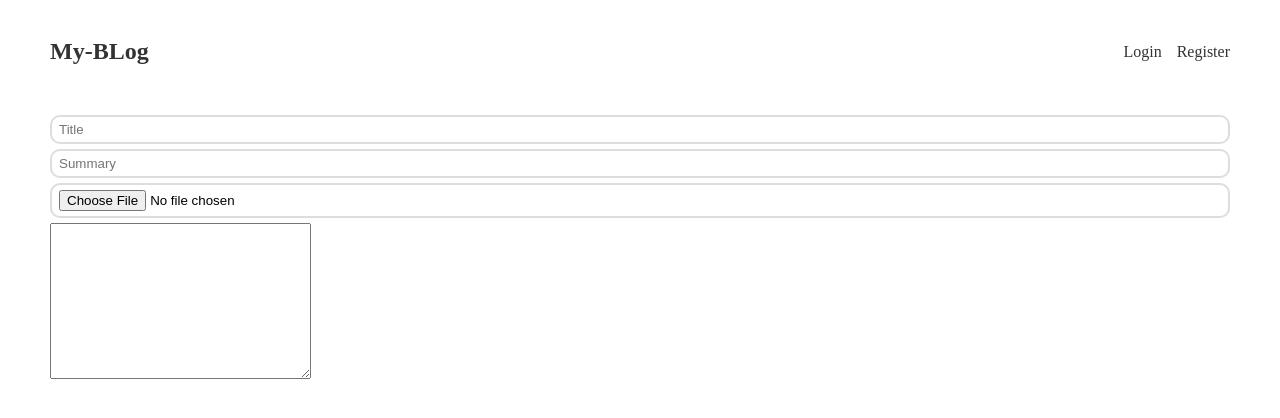
Repository: Attar786/mernblog
Page: /create (app in client/)
An editor plug-in stored every save of this project. The page is shown before and after the next save, followed by the edit.
The browser window is 1280 px wide. The pictures show the whole page.
The page's requests for data from a server got no answer. The project was rebuilt for these pictures with package versions that can differ from the ones it lists, and the page was loaded fresh each time. No one was signed in, and anything a server would have sent is missing. Also part of the build but not shown: client/vite.config.js, client/src/components/Post.jsx, client/src/pages/IndexPage.jsx, client/src/pages/LoginPage.jsx, client/src/pages/RegisterPage.jsx, client/src/index.css.

Above is the page before, as saved 2024-08-29 15:51:25.

### client/src/main.jsx
import { StrictMode } from 'react'
import { createRoot } from 'react-dom/client'
import App from './App.jsx'
import './index.css'
import { BrowserRouter } from 'react-router-dom'

createRoot(document.getElementById('root')).render(
  <StrictMode>
    <BrowserRouter>
    <App />
    </BrowserRouter>
  </StrictMode>
)

### client/src/App.jsx
import "./App.css";
import Layout from "./components/Layout";
import { Routes, Route } from 'react-router-dom';
import IndexPage from "./pages/IndexPage";
import LoginPage from "./pages/LoginPage";
import RegisterPage from "./pages/RegisterPage";
import { UserContextProvider } from "./UserContext";
import CreatePost from "./pages/CreatePost";

const App = () => {
  return (
    <UserContextProvider>
      <Routes>
        <Route path="/" element={<Layout />}>
          <Route index element={<IndexPage />} />
          <Route path="/login" element={<LoginPage />} />
          <Route path="/register" element={<RegisterPage />} />
          <Route path="/create" element={<CreatePost/>} />
        </Route>
      </Routes>
    </UserContextProvider>
  );
}

export default App;

### client/src/App.css
*{
  box-sizing: border-box;
}

main{
  padding: 10px;
  max-width: 1200px;
  margin: 0 auto;
}
img{
  max-width: 100%;
  height: auto;
}
header{
  display: flex;
  justify-content: space-between;
  margin-bottom: 50px;
  align-items: center;
  margin-top: 20px;
}

header a{
  text-decoration: none;
  color: #333;
}
header a.logo{
  font-weight:bold;
  font-size: 1.5rem;

}
header nav{
  display: flex;
  gap: 15px;
}
.post{
  display: grid;
  grid-template-columns: 0.9fr 1.1fr;
  gap: 20px;
  margin-bottom: 30px;
}
.texts h2{
  margin: 0;
  font-size: 1.4rem;
}
p.info{
  margin: 6px 0;
  color: #888;
  font-size: 0.7rem;
  font-weight: bold;
}
p.summary{
  margin: 0;
  line-height: 1.2rem;
}
p.info author{
  /* margin: 6px 0; */
  color: #333;
  /* font-size: 0.7rem; */
  font-weight: bold;
}

/* form pages styling */
form.login, form.register
{
  max-width: 400px;
  margin: 0 auto;
}
form input{
  display: block;
  width: 100%;
  margin-bottom: 5px;
  padding: 5px 7px;
  border: 2px solid #ddd;
  border-radius: 10px;
  background-color: #fff;

}
form button{
width: 100%;
border-radius: 10px;
background-color:#555;
border: none;
padding: 10px;
color: white;
cursor: pointer;
}
form h1{
  text-align: center;
}

### client/src/components/Layout.jsx
import { Outlet } from "react-router-dom"
import Header from "./Header"

const Layout = () => {
  return (
    <>
    <main>
        <Header/>
        <Outlet/>
    </main>
    </>
  )
}

export default Layout

### client/src/UserContext.jsx
import { createContext, useState } from "react";

export const UserContext = createContext({});

export function UserContextProvider({ children }) {
    const [userInfo, setUserInfo] = useState({});

    return (
        <UserContext.Provider value={{ userInfo, setUserInfo }}>
            {children}
        </UserContext.Provider>
    );
}

### client/src/pages/CreatePost.jsx

const CreatePost = () => {
  return (
    <form>
        <input type="text" name="" id="" placeholder="Title"/>
        <input type="text" name="" id="" placeholder="Summary"/>
        <input type="file" />
        <textarea name="" id="" cols={30} rows={10}></textarea>
    </form>
  )
}

export default CreatePost

### client/src/components/Header.jsx
import { Link } from "react-router-dom"
import { useContext, useEffect, useState } from "react"
import { UserContext } from "../UserContext";
const Header = () => {
const {setUserInfo, userInfo} = useContext(UserContext);
  useEffect(() => {
    fetch('http://localhost:5000/profile',{
      credentials: 'include',
    }).then(response => {
response.json().then(userInfo => {
  setUserInfo(userInfo);
})
    })
  }, []);

  function logout()
  {
    fetch('http://localhost:5000/logout',{
      method: 'POST',
      credentials: 'include',
    });
setUserInfo(null);
  }

  const username = userInfo?.username;


  return (
    <>
          <header>
          <Link to="/" className='logo'>My-BLog</Link>
<nav>
  {username && (
    <>
    <Link to="/create">Create New Post</Link>
    <a href="" onClick={logout}>Logout</a>
    </>
  )}
  {!username && (
    <>
    <Link to="/login">Login</Link>
  <Link to="/register">Register</Link>
    </>
  )}

</nav>
        </header>
    </>
  )
}

export default Header

Loaded but not shown: client/index.html (common file)

After the next save:
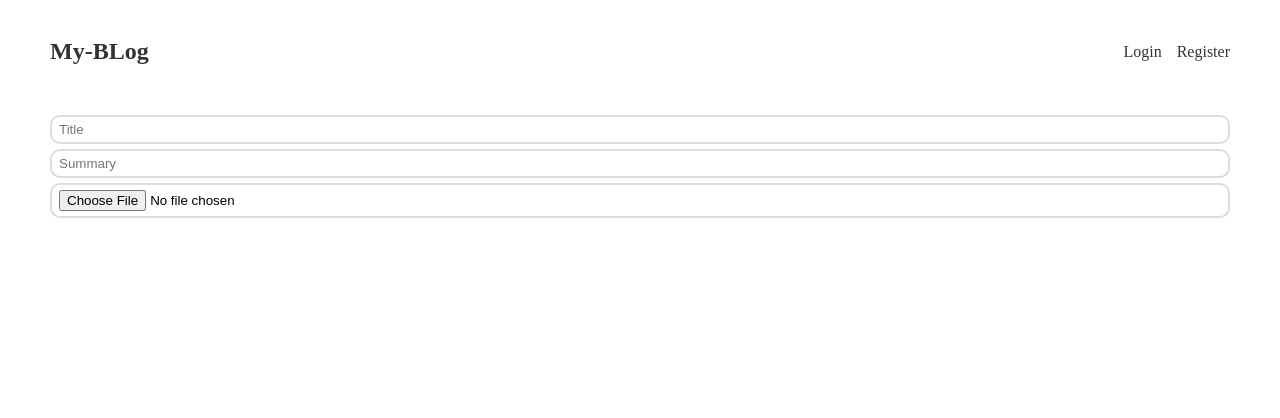
Saved 24 h 8 min later.
--- a/client/src/pages/CreatePost.jsx
+++ b/client/src/pages/CreatePost.jsx
@@ -5,7 +5,7 @@
         <input type="text" name="" id="" placeholder="Title"/>
         <input type="text" name="" id="" placeholder="Summary"/>
         <input type="file" />
-        <textarea name="" id="" cols={30} rows={10}></textarea>
+        {/* <textarea name="" id="" cols={30} rows={10}></textarea> */}
     </form>
   )
 }
